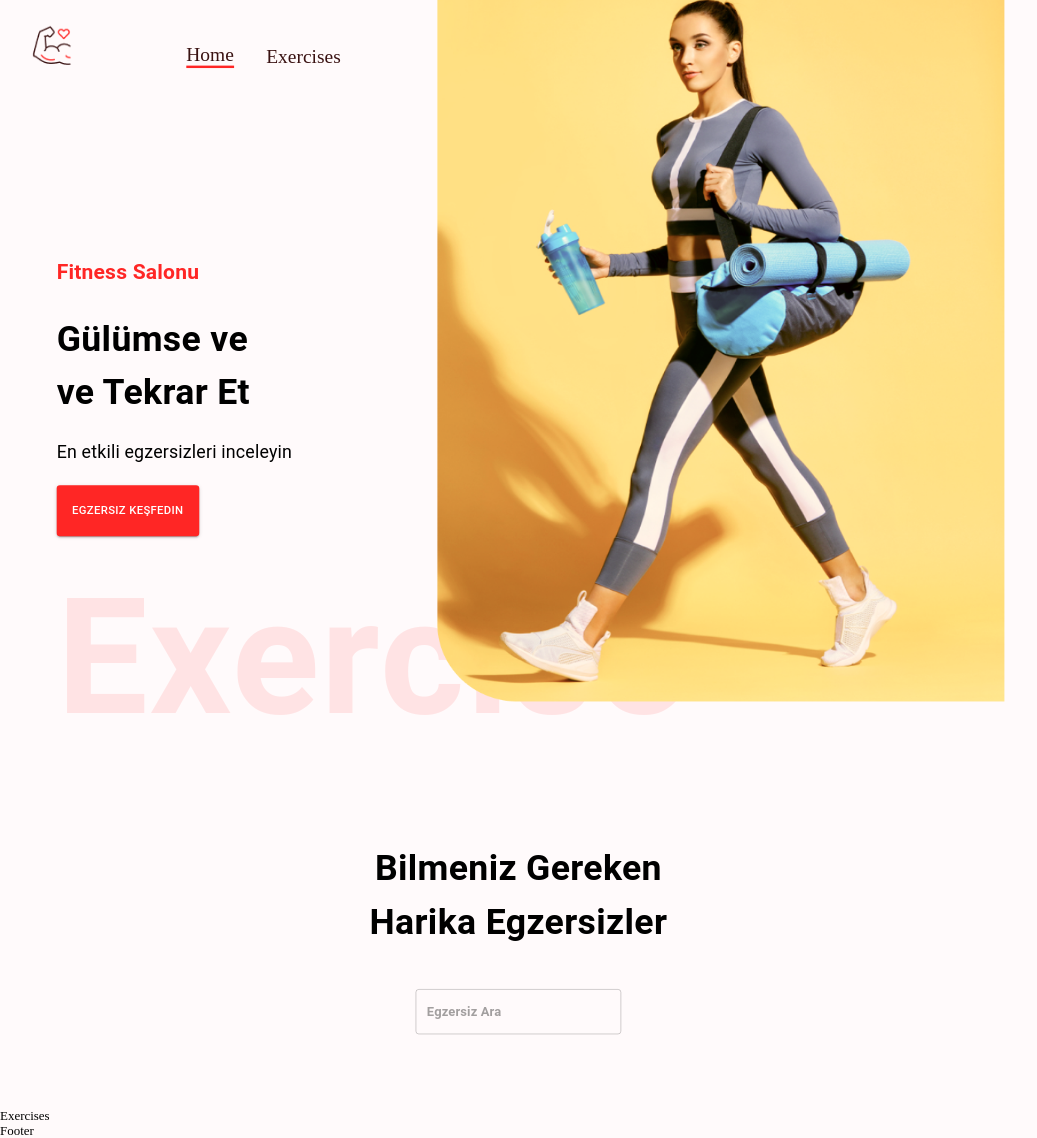
Repository: Kubraaygun/Gym_App
Page: /
An editor plug-in stored every save of this project. The page is shown before and after the next save, followed by the edit.
The browser window is 1280 px wide. The pictures show the whole page, at 81% of full size.
The project was rebuilt for these pictures with package versions that can differ from the ones it lists, and the page was loaded fresh each time. Also part of the build but not shown: src/pages/ExerciseDetail.js.

Above is the page before, as saved 2025-01-25 17:59:48.

### src/App.js
import React from "react";
import "./App.css";
import { Route, Routes } from "react-router-dom";
import { Box } from "@mui/material";

import Navbar from "./components/Navbar";
import Footer from "./components/Footer";
import ExerciseDetail from "./pages/ExerciseDetail";
import Home from "./pages/Home";

const App = () => {
  return (
    <Box width="400px" sx={{ width: { xl: "1488" } }} m="auto">
      <Navbar />
      <Routes>
        <Route path="/" element={<Home />} />
        <Route path="/exercise/:id" element={<ExerciseDetail />} />
      </Routes>
      <Footer />
    </Box>
  );
};

export default App;

### src/components/Navbar.js
import React from "react";
import { Link } from "react-router-dom";
import { Stack } from "@mui/material";
import Logo from "../assets/images/Logo.png";
const Navbar = () => {
  return (
    <Stack
      direction="row"
      justifyContent="space-around"
      sx={{
        gap: { sm: "122px", sx: "40px" },
        mt: { sm: "32px", xs: "20px" },
        justifyContent: "none",
      }}
      px="20px"
    >
      <Link>
        <img
          src={Logo}
          alt="logo"
          style={{ width: "48px", height: "48px", margin: "0 20px" }}
        />
      </Link>
      <Stack direction="row" gap="40px" fontSize="24px" alignItems="flex-end">
        <Link
          to="/"
          style={{
            textDecoration: "none",
            color: "#3A1212",
            borderBottom: "3px solid #FF2625",
          }}
        >
          Home
        </Link>
        <a
          href="#exercises"
          style={{
            textDecoration: "none",
            color: "#3A1212",
          }}
        >
          Exercises
        </a>
      </Stack>
    </Stack>
  );
};

export default Navbar;

### src/pages/Home.js
import React, { useState } from "react";
import { Box } from "@mui/material";
import SearchExercises from "../components/SearchExercises";
import Exercises from "../components/Exercises";
import HeroBanner from "../components/HeroBanner";

const Home = () => {
  return (
    <Box>
      <HeroBanner />
      <SearchExercises />
      <Exercises />
    </Box>
  );
};

export default Home;

### src/components/SearchExercises.js
import React, { useState, useEffect } from "react";
import { Box, Button, Stack, TextField, Typography } from "@mui/material";
const SearchExercises = () => {
  return (
    <Stack alignItems="center" mt="37px" justifyContent="center" p="20px">
      <Typography
        fontWeight={700}
        sx={{ fontSize: { lg: "44px", sx: "30px" } }}
        mb="50px"
        textAlign="center"
      >
        Bilmeniz Gereken <br /> Harika Egzersizler
      </Typography>
      <Box position="relative" mb="72px">
        <TextField
          sx={{
            input: { fontWeight: "700", border: "none", borderRadius: "4px" },
          }}
          height="76px"
          value=""
          onChange={(e) => {}}
          placeholder="Egzersiz Ara"
          type="text"
        />
      </Box>
    </Stack>
  );
};

export default SearchExercises;

### src/components/HeroBanner.js
import React from "react";
import { Box, Stack, Typography, Button } from "@mui/material";
import HeroBannerImage from "../assets/images/banner.png";

const HeroBanner = () => {
  return (
    <Box
      sx={{ mt: { lg: "212px", sx: "70px" }, ml: { sm: "50px" } }}
      position="relative"
      p="20px"
    >
      <Typography color="#FF2625" fontWeight="600" fontSize="26px">
        Fitness Salonu
      </Typography>
      <Typography
        fontWeight={700}
        sx={{ fontSize: { lg: "44px", sx: "40px" } }}
        mb="23px"
        mt="30px"
      >
        Gülümse ve <br /> ve Tekrar Et
      </Typography>
      <Typography fontSize="22px" lineHeight="35px" mb={3}>
        En etkili egzersizleri inceleyin
      </Typography>
      <Button
        variant="contained"
        color="error"
        href="#exercises"
        sx={{ backgroundColor: "#ff2625", padding: "19px" }}
      >
        Egzersiz keşfedin
      </Button>
      <Typography
        fontWeight={600}
        color="#ff2625"
        sx={{ opacity: 0.1, display: { lg: "block", xs: "none" } }}
        fontSize="200px"
      >
        Exercise
      </Typography>
      <img src={HeroBannerImage} alt="banner" className="hero-banner-img" />
    </Box>
  );
};

export default HeroBanner;

Loaded but not shown: public/index.html (common file); src/index.js (common file); src/App.css (common file); src/components/Footer.js (common file); src/components/Exercises.js (common file)

After the next save:
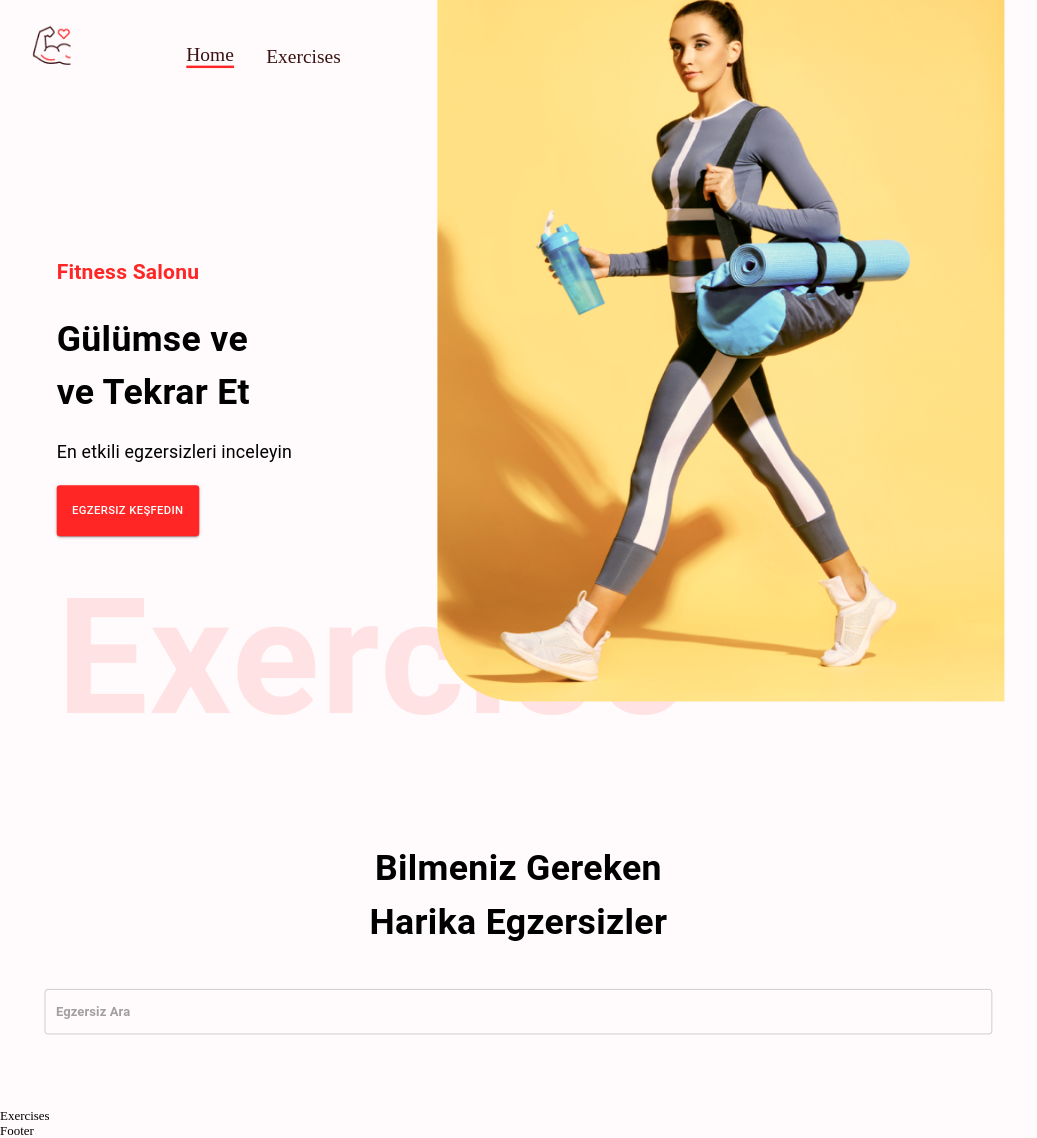
Saved 3 min 13 s later.
--- a/src/components/SearchExercises.js
+++ b/src/components/SearchExercises.js
@@ -15,6 +15,7 @@ const SearchExercises = () => {
         <TextField
           sx={{
             input: { fontWeight: "700", border: "none", borderRadius: "4px" },
+            width: { lg: "1170px", xs: "350" },
           }}
           height="76px"
           value=""
